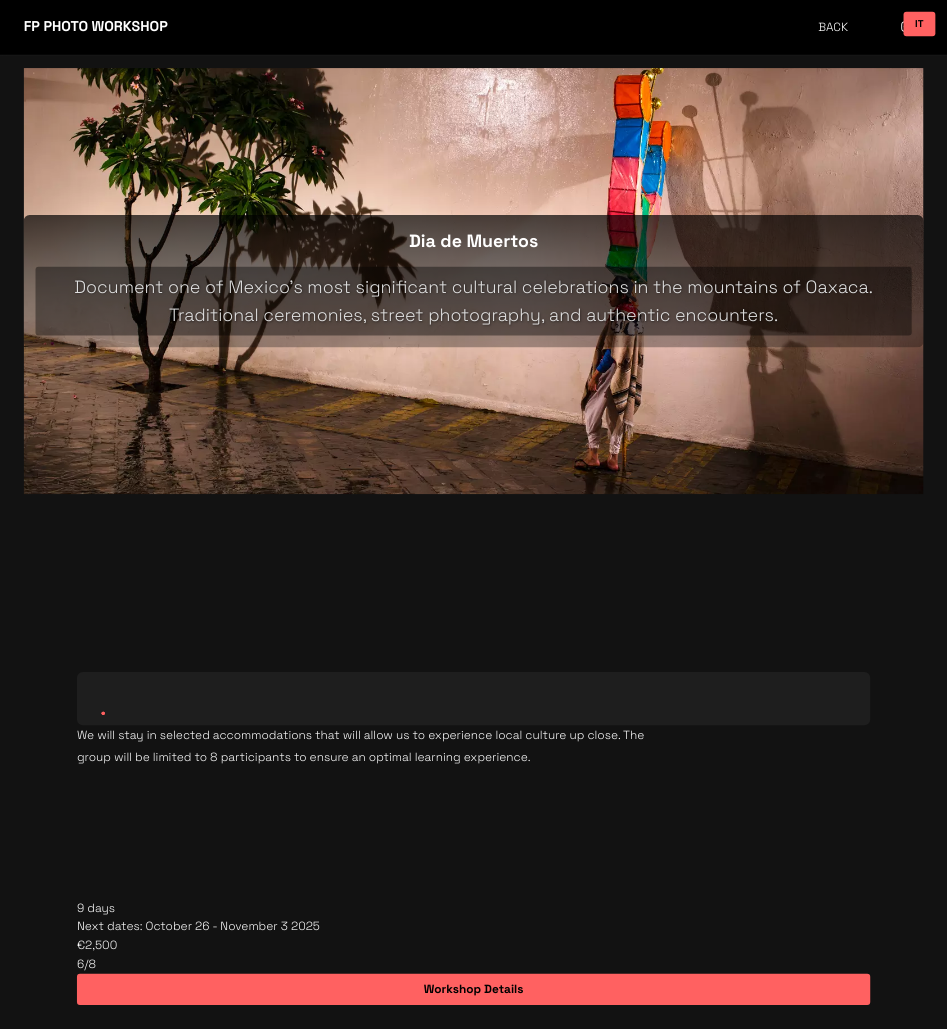
Repository: philipkdpavkia/photo-auto
Page: workshop/mexico.html
These files come from the project's save history. The page is drawn as it stood at one moment and after the next save; the edit follows.
The browser window is 1280 px wide. The pictures show the whole page, at 74% of full size.

Above is the page before, as saved 2024-11-22 00:55:50.

### workshop/mexico.html
<!DOCTYPE html>
<html lang="en">
<head>
    <meta charset="UTF-8">
    <meta name="viewport" content="width=device-width, initial-scale=1.0">
    <title>Mexico Photography Workshop 2024-2025 | Francesco Pavia</title>
    <meta name="description" content="Photography workshop in Mexico with Francesco Pavia. Explore Day of the Dead celebrations in Oaxaca. 2024-2025 dates, small groups, all levels welcome.">
    <link rel="canonical" href="https://francescopavia.org/workshop/mexico" />
    <link rel="stylesheet" href="https://cdnjs.cloudflare.com/ajax/libs/font-awesome/6.0.0/css/all.min.css">
    <link rel="stylesheet" href="../css/style.css">
    <script src="../language.js"></script>

    <script type="application/ld+json">
    {
      "@context": "https://schema.org",
      "@type": "Event",
      "name": "Mexico Photography Workshop - Day of the Dead",
      "description": "Photography workshop in Mexico with Francesco Pavia",
      "startDate": "2025-10-27",
      "endDate": "2025-11-3",
      "organizer": {
        "@type": "Person",
        "name": "Francesco Pavia"
      },
      "eventStatus": "https://schema.org/ScheduledEvent",
      "eventAttendanceMode": "https://schema.org/OfflineEventAttendanceMode",
      "location": {
        "@type": "Place",
        "name": "Oaxaca, Mexico"
      },
      "offers": {
        "@type": "Offer",
        "price": "2500",
        "priceCurrency": "EUR"
      }
    }
    </script>
</head>
<body>
    <header class="header">
        <nav class="nav">
            <a class="logo" href="/workshop/index.html">FP PHOTO WORKSHOP</a>
            <button id="langSwitch" class="lang-switch" onclick="switchLanguage()">IT</button>
            <div class="nav-links">
                <a href="../index.html" data-translate="workshops_page.back">Back</a>
                <a href="https://instagram.com/fpphotoworkshop" target="_blank" class="instagram-link">
                    <i class="fab fa-instagram"></i>
                </a>
            </div>
        </nav>
    </header>

    <main>
        <section class="hero">
            <div class="workshop-link">
                <img alt="Day of the Dead" src="../images/mexico/mex.webp" class="workshop-hero"/>
                <div class="workshop-text">
                    <h1 data-translate="workshops_page.cards.mexico.title"></h1>
                    <p data-translate="workshops_page.cards.mexico.description"></p>
                </div>
            </div>
        </section>

        <section class="about">
            <div class="workshop-content">
                <h2 class="section-title" data-translate="workshops_page.learn_title"></h2>

                <div class="philosophy">
                    <ul>
                        <li data-translate="workshops_page.techniques.1"></li>
                        <li data-translate="workshops_page.techniques.2"></li>
                        <li data-translate="workshops_page.techniques.3"></li>
                        <li data-translate="workshops_page.techniques.4"></li>
                    </ul>
                </div>

                <p data-translate="workshops_page.accommodation"></p>
            </div>
        </section>

        <section class="contact">
            <div class="workshop-sidebar">
                <div class="info-block">
                    <div class="info-label" data-translate="workshops_page.details.duration_label"></div>
                    <div class="info-value" data-translate="workshops_page.cards.mexico.duration"></div>
                </div>
                <div class="info-block">
                    <div class="info-label" data-translate="workshops_page.details.dates_label"></div>
                    <div class="info-value" data-translate="workshops_page.cards.mexico.dates"></div>
                </div>
                <div class="info-block">
                    <div class="info-label" data-translate="workshops_page.details.level_label"></div>
                    <div class="info-value" data-translate="workshops_page.details.level_value"></div>
                </div>
                <div class="info-block">
                    <div class="info-label" data-translate="workshops_page.details.price_label"></div>
                    <div class="info-value">€2,500</div>
                </div>
                <div class="info-block">
                    <div class="info-label" data-translate="workshops_page.details.spots_label"></div>
                    <div class="info-value">6/8</div>
                </div>
                <a href="iscrizione.html?workshop=mexico" class="workshop-button" data-translate="workshops_page.cards.mexico.button"></a>
            </div>
        </section>
    </main>
</body>

Loaded but not shown: translations.json (204 lines, source omitted); language.js (165 lines, source omitted); script.js (20 lines, source omitted); css/style.css (920 lines, source omitted)

After the next save:
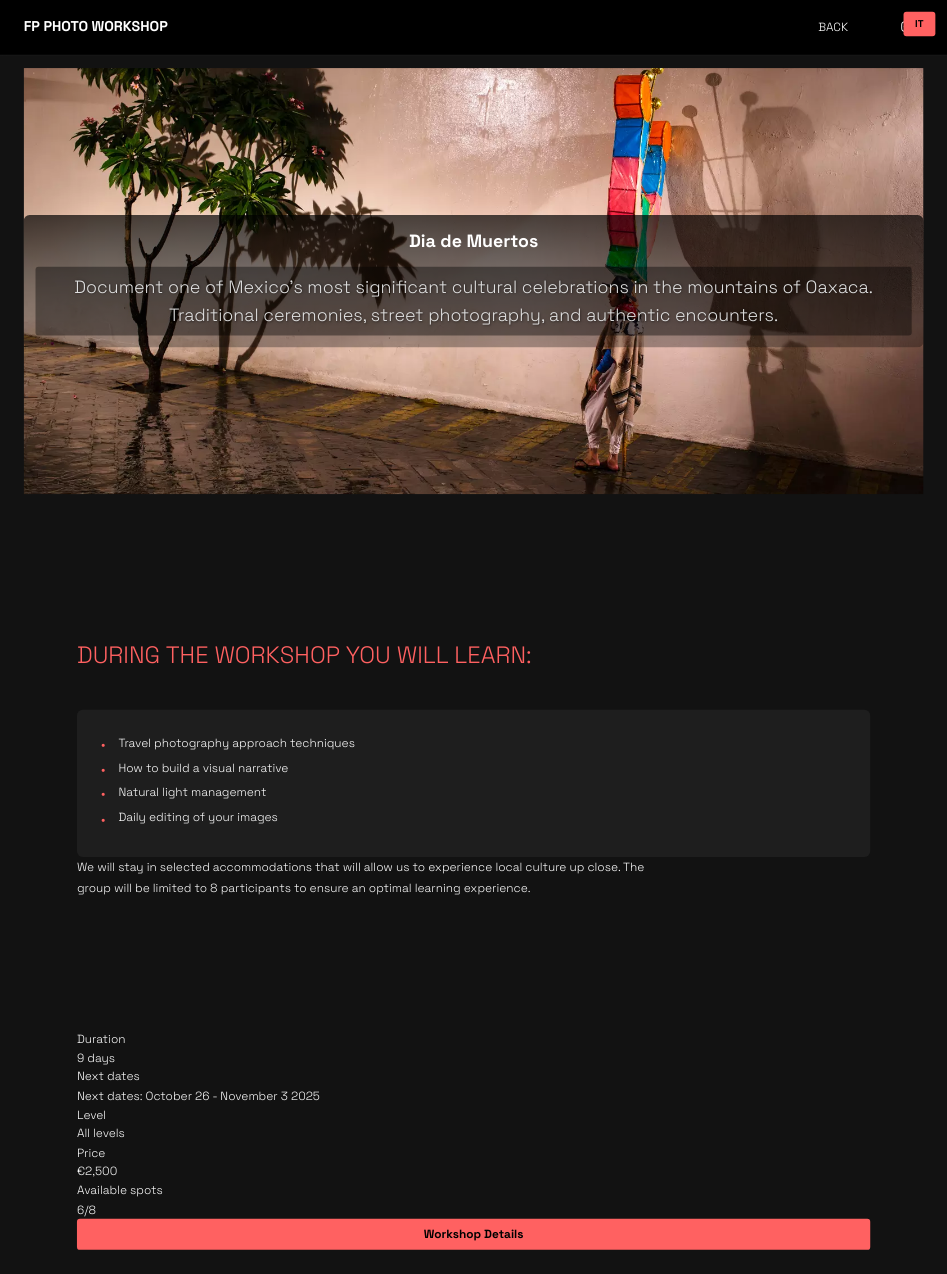
Console error: TypeError: Cannot read properties of null (reading 'addEventListener')
Saved 2 min 12 s later.
--- a/workshop/mexico.html
+++ b/workshop/mexico.html
@@ -7,8 +7,7 @@
     <meta name="description" content="Photography workshop in Mexico with Francesco Pavia. Explore Day of the Dead celebrations in Oaxaca. 2024-2025 dates, small groups, all levels welcome.">
     <link rel="canonical" href="https://francescopavia.org/workshop/mexico" />
     <link rel="stylesheet" href="https://cdnjs.cloudflare.com/ajax/libs/font-awesome/6.0.0/css/all.min.css">
-    <link rel="stylesheet" href="../css/style.css">
-    <script src="../language.js"></script>
+    <link rel="stylesheet" href="/css/style.css">
 
     <script type="application/ld+json">
     {
@@ -42,7 +41,7 @@
             <a class="logo" href="/workshop/index.html">FP PHOTO WORKSHOP</a>
             <button id="langSwitch" class="lang-switch" onclick="switchLanguage()">IT</button>
             <div class="nav-links">
-                <a href="../index.html" data-translate="workshops_page.back">Back</a>
+                <a href="../index.html" data-translate="menu.back">Back</a>
                 <a href="https://instagram.com/fpphotoworkshop" target="_blank" class="instagram-link">
                     <i class="fab fa-instagram"></i>
                 </a>
@@ -50,58 +49,63 @@
         </nav>
     </header>
 
-    <main>
+    <main class="main">
         <section class="hero">
             <div class="workshop-link">
                 <img alt="Day of the Dead" src="../images/mexico/mex.webp" class="workshop-hero"/>
                 <div class="workshop-text">
-                    <h1 data-translate="workshops_page.cards.mexico.title"></h1>
-                    <p data-translate="workshops_page.cards.mexico.description"></p>
+                    <h1 data-translate="workshops_page.cards.mexico.title">Dia de Muertos</h1>
+                    <p data-translate="workshops_page.cards.mexico.description">Document one of Mexico's most significant cultural celebrations in the mountains of Oaxaca. Traditional ceremonies, street photography, and authentic encounters.</p>
                 </div>
             </div>
         </section>
 
         <section class="about">
             <div class="workshop-content">
-                <h2 class="section-title" data-translate="workshops_page.learn_title"></h2>
+                <h2 class="section-title" data-translate="workshops_page.learning_section.title">DURING THE WORKSHOP YOU WILL LEARN:</h2>
 
                 <div class="philosophy">
                     <ul>
-                        <li data-translate="workshops_page.techniques.1"></li>
-                        <li data-translate="workshops_page.techniques.2"></li>
-                        <li data-translate="workshops_page.techniques.3"></li>
-                        <li data-translate="workshops_page.techniques.4"></li>
+                        <li data-translate="workshops_page.learning_section.techniques.0">Travel photography approach techniques</li>
+                        <li data-translate="workshops_page.learning_section.techniques.1">How to build a visual narrative</li>
+                        <li data-translate="workshops_page.learning_section.techniques.2">Natural light management</li>
+                        <li data-translate="workshops_page.learning_section.techniques.3">Daily editing of your images</li>
                     </ul>
                 </div>
 
-                <p data-translate="workshops_page.accommodation"></p>
+                <p data-translate="workshops_page.accommodation">We will stay in selected accommodations that will allow us to experience local culture up close. The group will be limited to 8 participants to ensure an optimal learning experience.</p>
             </div>
         </section>
 
         <section class="contact">
             <div class="workshop-sidebar">
                 <div class="info-block">
-                    <div class="info-label" data-translate="workshops_page.details.duration_label"></div>
-                    <div class="info-value" data-translate="workshops_page.cards.mexico.duration"></div>
+                    <div class="info-label" data-translate="workshops_page.workshop_details.duration">Duration</div>
+                    <div class="info-value" data-translate="workshops_page.cards.mexico.duration">9 days</div>
                 </div>
                 <div class="info-block">
-                    <div class="info-label" data-translate="workshops_page.details.dates_label"></div>
-                    <div class="info-value" data-translate="workshops_page.cards.mexico.dates"></div>
+                    <div class="info-label" data-translate="workshops_page.workshop_details.dates">Next dates</div>
+                    <div class="info-value" data-translate="workshops_page.cards.mexico.dates">October 26 - November 3 2025</div>
                 </div>
                 <div class="info-block">
-                    <div class="info-label" data-translate="workshops_page.details.level_label"></div>
-                    <div class="info-value" data-translate="workshops_page.details.level_value"></div>
+                    <div class="info-label" data-translate="workshops_page.workshop_details.level">Level</div>
+                    <div class="info-value" data-translate="workshops_page.workshop_details.level_value">All levels</div>
                 </div>
                 <div class="info-block">
-                    <div class="info-label" data-translate="workshops_page.details.price_label"></div>
+                    <div class="info-label" data-translate="workshops_page.workshop_details.price">Price</div>
                     <div class="info-value">€2,500</div>
                 </div>
                 <div class="info-block">
-                    <div class="info-label" data-translate="workshops_page.details.spots_label"></div>
+                    <div class="info-label" data-translate="workshops_page.workshop_details.spots">Available spots</div>
                     <div class="info-value">6/8</div>
                 </div>
-                <a href="iscrizione.html?workshop=mexico" class="workshop-button" data-translate="workshops_page.cards.mexico.button"></a>
+                <a href="iscrizione.html?workshop=mexico" class="workshop-button" data-translate="workshops_page.cards.mexico.button">Workshop Details</a>
             </div>
         </section>
     </main>
+
+    <script src="/translations.json" type="application/json"></script>
+    <script src="/language.js"></script>
+    <script src="/script.js"></script>
 </body>
+</html>
